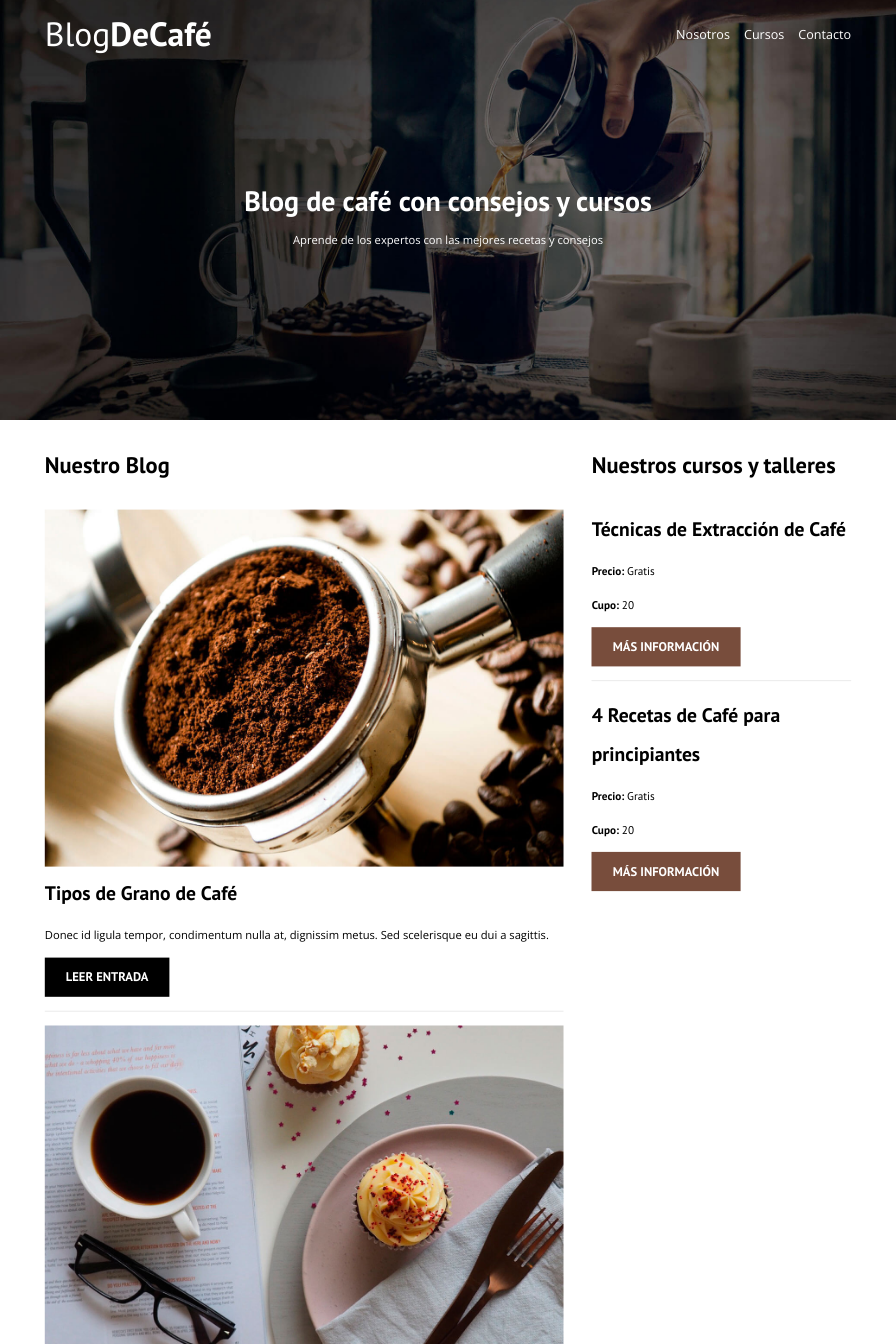
Repository: araque1990/blog_de_cafe
Page: index.html
An editor plug-in stored every save of this project. The page is shown before and after the next save, followed by the edit.
The browser window is 1280 px wide. The pictures show the part of the page from y = 0 to 1920 px (the page is 2917 px tall), at 70% of full size.

Above is the page before, as saved 2023-01-12 14:17:09.

After the next save:
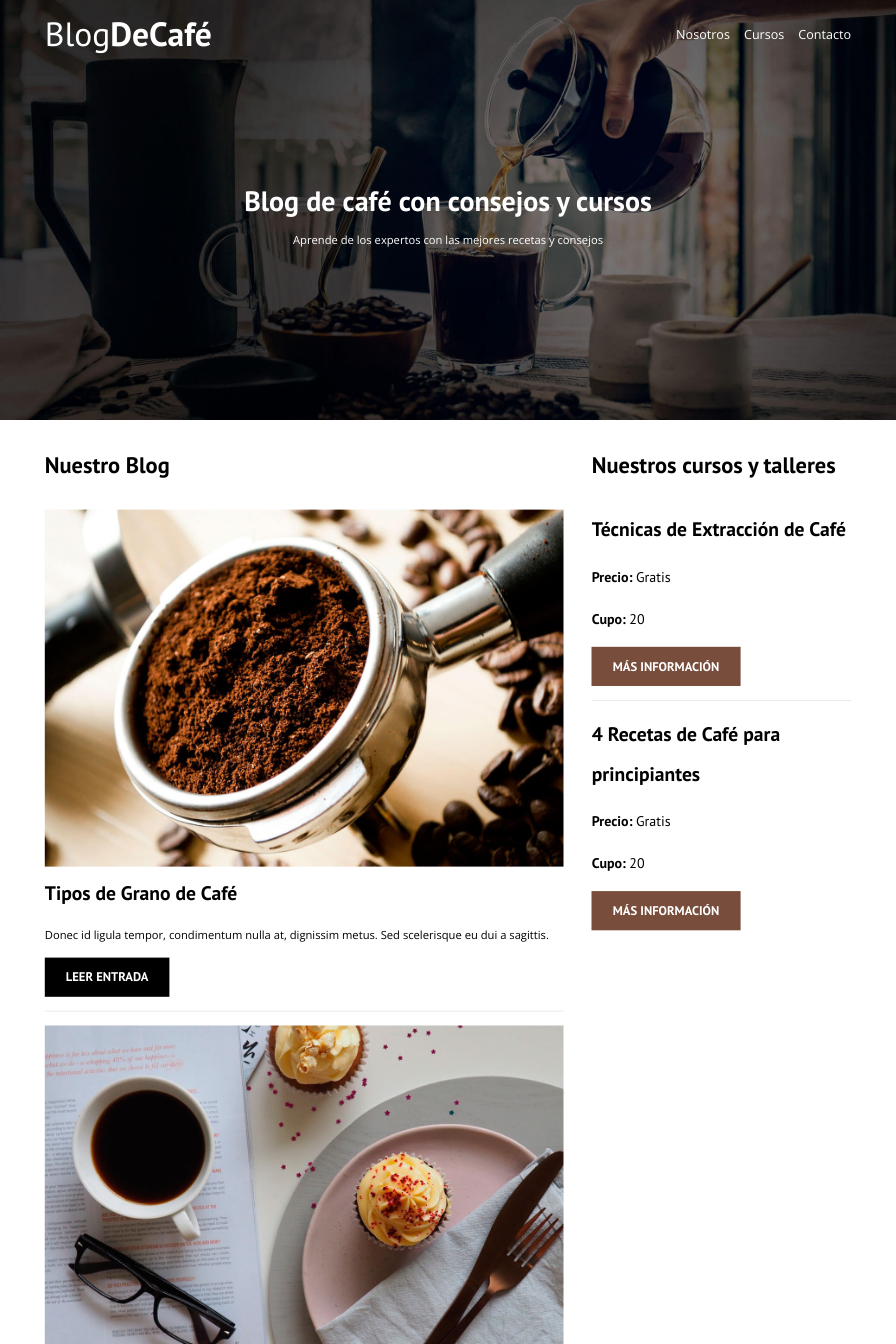
Saved 103 s later.
--- a/css/styles.css
+++ b/css/styles.css
@@ -167,3 +167,6 @@ img {
 .widget-curso__info {
   font-weight: 400;
 }
+.widget-curso__info, .widget-curso__label {
+  font-size: 2rem;
+}
